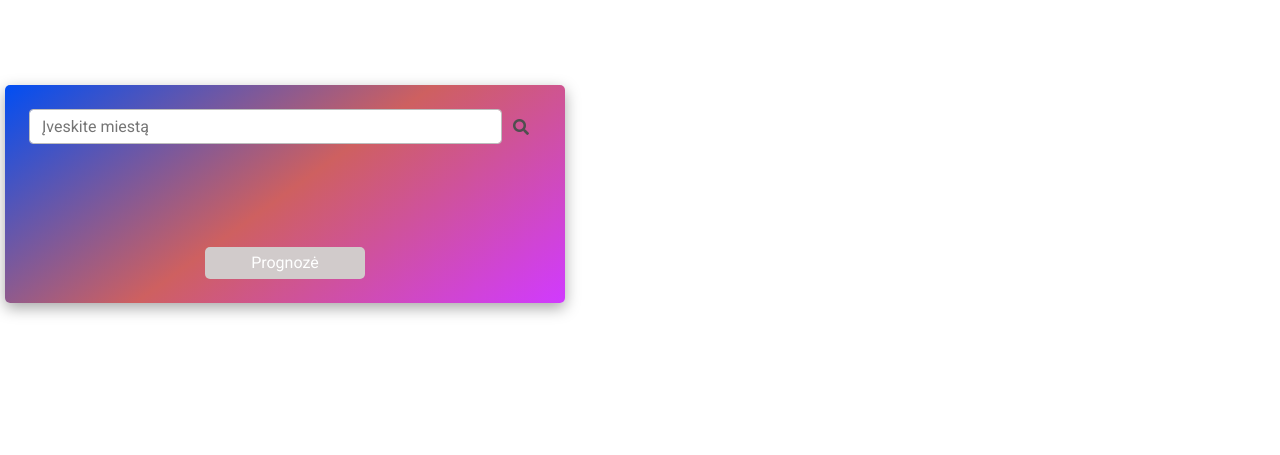
Repository: daxazz1/Weather-app
Page: index.html
These files come from the project's save history. The page is drawn as it stood at one moment and after the next save; the edit follows.
The browser window is 1280 px wide. The pictures show the whole page.
Some web fonts or font styles are not loaded; a fallback is used. Some web libraries are served in a nearby version.

Above is the page before, as saved 2021-11-08 12:30:50.

### index.html
<!DOCTYPE html>
<html lang="en">
<head>
    <meta charset="UTF-8">
    <meta http-equiv="X-UA-Compatible" content="IE=edge">
    <meta name="viewport" content="width=device-width, initial-scale=1.0">
    <title>Simple weather app</title>
    <link rel="stylesheet" href="style.css">
    <link rel="preconnect" href="https://fonts.googleapis.com">
<link rel="preconnect" href="https://fonts.gstatic.com" crossorigin>
<link href="https://fonts.googleapis.com/css2?family=Averia+Sans+Libre:wght@300&display=swap" rel="stylesheet">
<link href="https://cdn.jsdelivr.net/npm/bootstrap@5.1.3/dist/css/bootstrap.min.css" rel="stylesheet" integrity="sha384-1BmE4kWBq78iYhFldvKuhfTAU6auU8tT94WrHftjDbrCEXSU1oBoqyl2QvZ6jIW3" crossorigin="anonymous">


<!-- Font Awesome -->
<link
  href="https://cdnjs.cloudflare.com/ajax/libs/font-awesome/5.15.1/css/all.min.css"
  rel="stylesheet"
/>
<!-- Google Fonts -->
<link
  href="https://fonts.googleapis.com/css?family=Roboto:300,400,500,700&display=swap"
  rel="stylesheet"
/>
<!-- MDB -->
<link
  href="https://cdnjs.cloudflare.com/ajax/libs/mdb-ui-kit/3.6.0/mdb.min.css"
  rel="stylesheet"
/>

</head>
<body>


  <div class="content">

    <div id="wrapper1">

      <div class="input-group rounded">
        <input id="city" type="search" class="form-control rounded" placeholder="Įveskite miestą" aria-label="Search"
        aria-describedby="search-addon" required/>
        <span id="search"  class="input-group-text border-0" id="search-addon">
          <i class="fas fa-search"></i>
        </span>
      </div>
          <p class="dt"> <span id="datetime"></span></p>
          <div class="siandien">
          <img id="penktas">
          <div id="pirmas"></div>
          <div id="antras"></div>
          <div id="trecias"></div>
          <div id="ketvirtas"></div>
          </div>
          <br><br>
          <button id="prognoze">Prognozė</button>
    </div>

    <div id="wrapper2">

      <h1 id="h1"></h1>

    <div class="wrap">

      <div class="rytoj1">
        <table>
          <tr>
            <td><h4 id="h4-1"></h4></td>
            <td><img id="sesto-icon"/></td>
            <td><div id="sestas"></div></td>
            <td><div id="septintas"></div></td>
            <td><div id="astuntas"></div></td>
          </tr>
    </div>

    <div class="rytoj2">

        <tr>
      <td><h4 id="h4-2"></h4></td>
      <td> <img id="devinto-icon"/></td>
      <td> <div id="devintas"></div></td>
      <td> <div id="desimtas"></div></td>
      <td> <div id="vienuoliktas"></div></td>
       </tr>

    </div>

    <div class="rytoj3">

        <tr>
          <td> <h4 id="h4-3"></h4></td>
          <td> <img id="dvylikto-icon"/></td>
          <td> <div id="dvyliktas"></div></td>
          <td> <div id="tryliktas"></div></td>
          <td> <div id="keturioliktas"></div></td>
      </tr>
    </table>
    </div>
  </div>
  </div>

</div>

<script src="resources/script.js"></script>
</body>
</html>

### style.css
.content {
  width: 100%;
  height: auto;
  display: block;
  padding-top: 5rem;
  margin: 0 auto;
}
#wrapper1,
#wrapper2 {
  color: white;
  width: 35rem;
  text-align: center;
  border-radius: 5px;
  margin: 5px;
  background-color: rgb(255, 255, 255);
  padding: 1.5rem;
  box-shadow: rgba(0, 0, 0, 0.35) 0px 5px 15px;
  background: linear-gradient(0.4turn, #014ef3, #ce6060, #c300ffc5);
}

.wrap {
  justify-content: space-around;
  margin-top: 60px;
}
#city {
  width: 60%;
}
button {
  width: 60px;
  height: 45px;
  border: 1px;
  border-radius: 15px;
}
.dt {
  color: rgb(255, 255, 255);
  font-size: 14px;
  padding-top: 10px;
}

#pirmas {
  font-weight: 500;
  font-size: 36px;
}
.rytoj1,
.rytoj2,
.rytoj3 {
  font-size: 12px;
}

#prognoze {
  width: 10rem;
  height: 2rem;
  border: none;
  border-radius: 5px;
  background-color: #d1cbcb;
  color: white;
}
#h4-1,
#h4-2,
#h4-3 {
  font-size: 12px;
}
body {
  display: flex;
  align-items: center;
}

### resources/script.js
let apiKey = '460522f216939cb477f8b66006be7948' // jusu api key
let lang = 'lt' // kalba
let units = 'metric' // naudojama metrine sistema
let city = 'Vilnius' // miestas irasytas inpute

let cityName = document.getElementById('city')
let searchButton = document.getElementById('search')

// uzdedu click eventa ant search mygtuko
searchButton.addEventListener('click', getDataFromApi)

// funkcija kuri gauna duomenis is API
function getDataFromApi() {
    // paimu irasyta miesta is input ir nustatau
    city = cityName.value

    // url yra skirtas pasiimti duomenis is api
    let url = 'https://api.openweathermap.org/data/2.5/forecast?' +
        'q=' + city +
        '&units=' + units +
        '&lang=' + lang +
        '&appid=' + apiKey

    // su fetch funkcija pasiimu duomenis is api (asinchronine funkcija)
    fetch(url)
        .then(response => response.json())
        // data => jusu kodas
        .then(function (data) {
            //paduodu gautus duomenis i funkcija
            showWeatherInDom(data)
        });
}


document.getElementById("wrapper2").style.display = 'none';



// funkcija kuri gauna duomenis ir juos atvaizduoja
function showWeatherInDom(data) {
    // tikrinu ar mano response yra geras
    if (data.cod === '200') {

    // /prognoze siai dienai

        document.getElementById("pirmas").innerHTML =  data.city.name;
        document.getElementById("antras").innerHTML = "Temperatūra: " + Math.round(data.list[0].main.temp) +" °C / " + "Jaučiama:  " + Math.round(data.list[0].main.feels_like) +" °C";
        document.getElementById("trecias").innerHTML = "Vėjo greitis: " + data.list[0].wind.speed + " m/s";
        document.getElementById("ketvirtas").innerHTML = data.list[0].weather[0].description;


        let iconCode =  data.list[0].weather[0].icon;
        let iconUrl = 'http://openweathermap.org/img/wn/' + iconCode + '@2x.png';
        let image = document.getElementById("penktas");
        image.src = iconUrl;

        console.log(data.list)

        //prognoze rytoj

        document.getElementById("sestas").innerHTML =  "Temperatūra: " + Math.round(data.list[6].main.temp) +" °C / " + "Jaučiama:  " + Math.round(data.list[6].main.feels_like) +" °C";
        document.getElementById("septintas").innerHTML = "Vėjo greitis: " + data.list[6].wind.speed + " m/s";
        document.getElementById("astuntas").innerHTML = data.list[6].weather[0].description;

        let iconCode2 =  data.list[6].weather[0].icon;
        let image2 = document.getElementById("sesto-icon");
        let iconUrl2 = 'http://openweathermap.org/img/wn/' + iconCode2 + '@2x.png';
        image2.src = iconUrl2;

     //prognoze poryt

        document.getElementById("devintas").innerHTML =  "Temperatūra: " + Math.round(data.list[14].main.temp) +" °C / " + "Jaučiama:  " + Math.round(data.list[14].main.feels_like) +" °C";
        document.getElementById("desimtas").innerHTML = "Vėjo greitis: " + data.list[14].wind.speed + " m/s";
        document.getElementById("vienuoliktas").innerHTML = data.list[14].weather[0].description;

        let iconCode3 =  data.list[14].weather[0].icon;
        let image3 = document.getElementById("devinto-icon");
        let iconUrl3 = 'http://openweathermap.org/img/wn/' + iconCode3 + '@2x.png';
        image3.src = iconUrl3;

     //prognoze po 2 dienu

        document.getElementById("dvyliktas").innerHTML =  "Temperatūra: " + Math.round(data.list[22].main.temp) +" °C / " + "Jaučiama:  " + Math.round(data.list[22].main.feels_like) +" °C";
        document.getElementById("tryliktas").innerHTML = "Vėjo greitis: " + data.list[22].wind.speed + " m/s";
        document.getElementById("keturioliktas").innerHTML = data.list[22].weather[0].description;

        let iconCode4 =  data.list[22].weather[0].icon;
        let image4 = document.getElementById("dvylikto-icon");
        let iconUrl4 = 'http://openweathermap.org/img/wn/' + iconCode4 + '@2x.png';
        image4.src = iconUrl4;




        document.getElementById("h1").textContent = "Prognozė";
        document.getElementById("h4-1").innerHTML = data.list[6].dt_txt;
        document.getElementById("h4-2").textContent = data.list[14].dt_txt;
        document.getElementById("h4-3").textContent = data.list[22].dt_txt;

        //Šios dienos data
        let dt = new Date();
        document.getElementById("datetime").innerHTML = "Data: " + dt.toLocaleString();

    } else {
        console.log('Kazkas negerai', data)
    }
}

//miesto pasirinkimas Enter mygtuku

let input = document.getElementById("city");
input.addEventListener("keyup", function(event) {
    if (event.keyCode === 13) {
        event.preventDefault();
        document.getElementById("search").click();
    }
});

//prognozes langas appear/dissapear

function tomorrowWeatherDiv() {

    const wrapperis = document.getElementById('wrapper2');
    if (wrapperis.style.display !== "none") {
        wrapperis.style.display = "none";
    }else {
        wrapperis.style.display = "block";
        }
    }
document.getElementById("prognoze").addEventListener('click', tomorrowWeatherDiv)

After the next save:
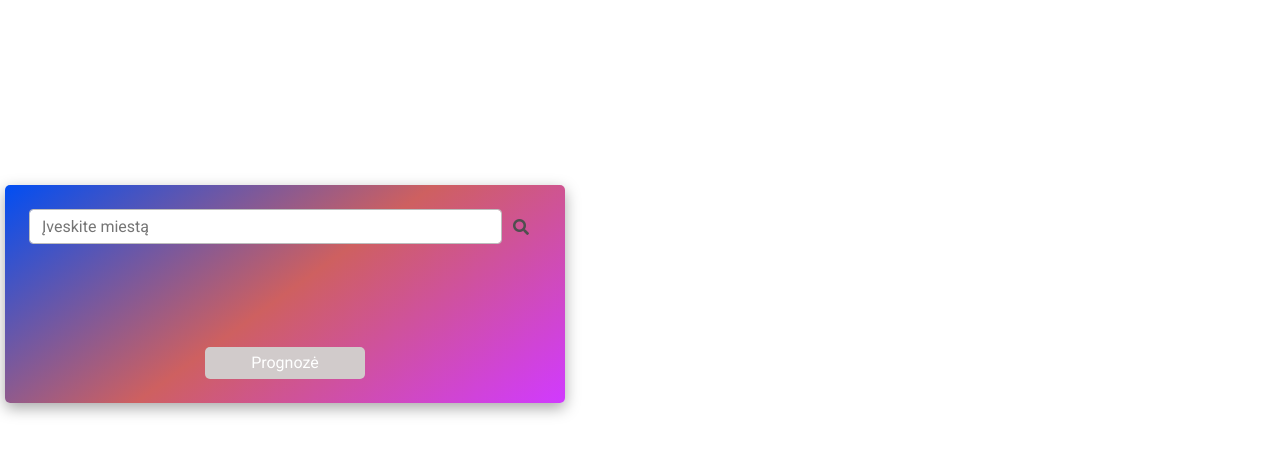
Saved 5 s later.
--- a/style.css
+++ b/style.css
@@ -3,7 +3,7 @@
   height: auto;
   display: block;
   padding-top: 5rem;
-  margin: 0 auto;
+  margin: 100px auto;
 }
 #wrapper1,
 #wrapper2 {
